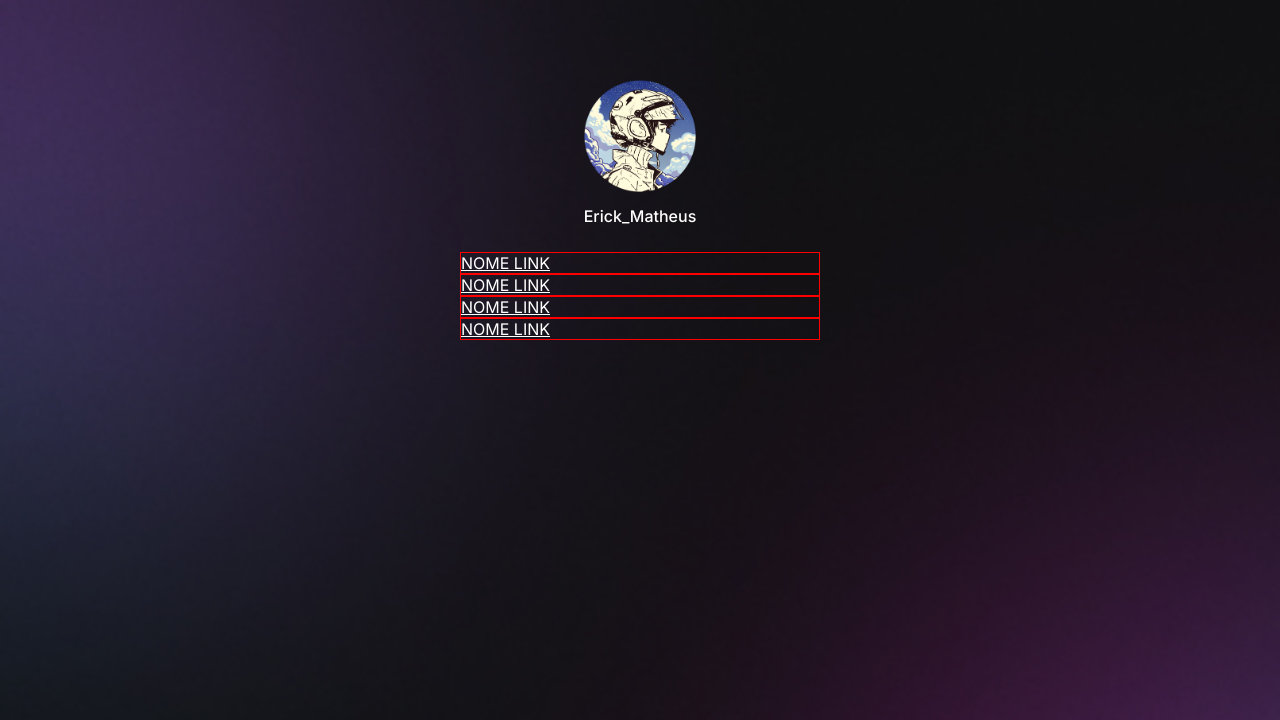
Repository: e-rickmatheus/project_dev_links
Page: index.html
An editor plug-in stored every save of this project. The page is shown before and after the next save, followed by the edit.
The browser window is 1280 px wide. The pictures show the whole page.

Above is the page before, as saved 2025-04-02 20:38:28.

### index.html
<!DOCTYPE html>
<html lang="pt-BR">
<head>

<link rel="preconnect" href="https://fonts.googleapis.com">
<link rel="preconnect" href="https://fonts.gstatic.com" crossorigin>
<link href="https://fonts.googleapis.com/css2?family=Inter:wght@400;500&display=swap" rel="stylesheet">
  <meta charset="UTF-8">
  <meta name="viewport" content="width=device-width, initial-scale=1.0">
  <title>DEV.Links</title>
  <link rel="stylesheet" href="./style.css">
  <a></a>
</head>
<body>

  <div id="container">
    <div id="profile">
      <img id="avatar" src="./assets/avatar-pilot-day.png" alt="avatar-light">
      <p>Erick_Matheus</p>
    </div>
  <ul>
    <li>
      <a href="#" target="_blank">NOME LINK</a>
    </li>
    <li>
        <a href="#" target="_blank">NOME LINK</a>
    </li>
    <li>
        <a href="#" target="_blank">NOME LINK</a>
    </li>
    <li>
        <a href="#" target="_blank">NOME LINK</a>
    </li>
  </ul>
  </div>


</body>
</html>

### style.css
* {  /* *: todos os elementos */
  margin: 0;
  padding: 0;
  box-sizing: border-box; /* border-box: altura e largura do elemento é o mesmo que o tamanho definido */
}

body { /* body: corpo do documento */
  /*
  background-image: url(./assets/bg-mobile.jpg);
  background-repeat: no-repeat;
  background-position: top center;
  background-size: cover;
  */


  background: url(./assets/bg-mobile.jpg) no-repeat top center/cover;
  /* background: cor imagem repetição posição/tamanho */
}

body * { /* todos os elementos dentro do body */
  font-family: 'Inter', sans-serif;
  color: #ffffff

}

#container {
  width:  360px;
  margin: 56px auto 0px;
}

#profile {
  text-align: center;
  padding: 24px;
}

#profile img {
  width: 112px;
}

#profile p {
  font-weight: 500;
  line-height: 24px;
  margin-top: 8px;
}





/*links*/
ul {
  list-style: none;
}

li {
  border: 1px solid red;
}

After the next save:
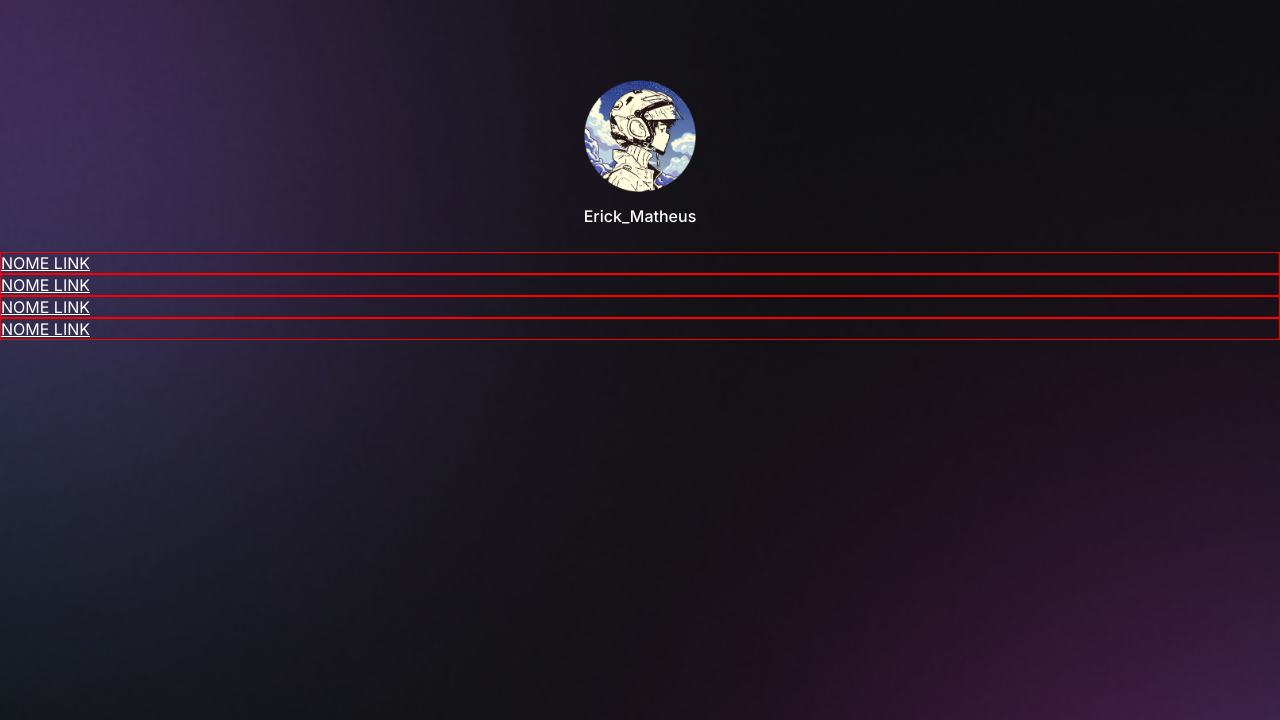
Saved 45 s later.
--- a/style.css
+++ b/style.css
@@ -24,7 +24,7 @@
 }
 
 #container {
-  width:  360px;
+  width:  auto;
   margin: 56px auto 0px;
 }
 

After the save that followed:
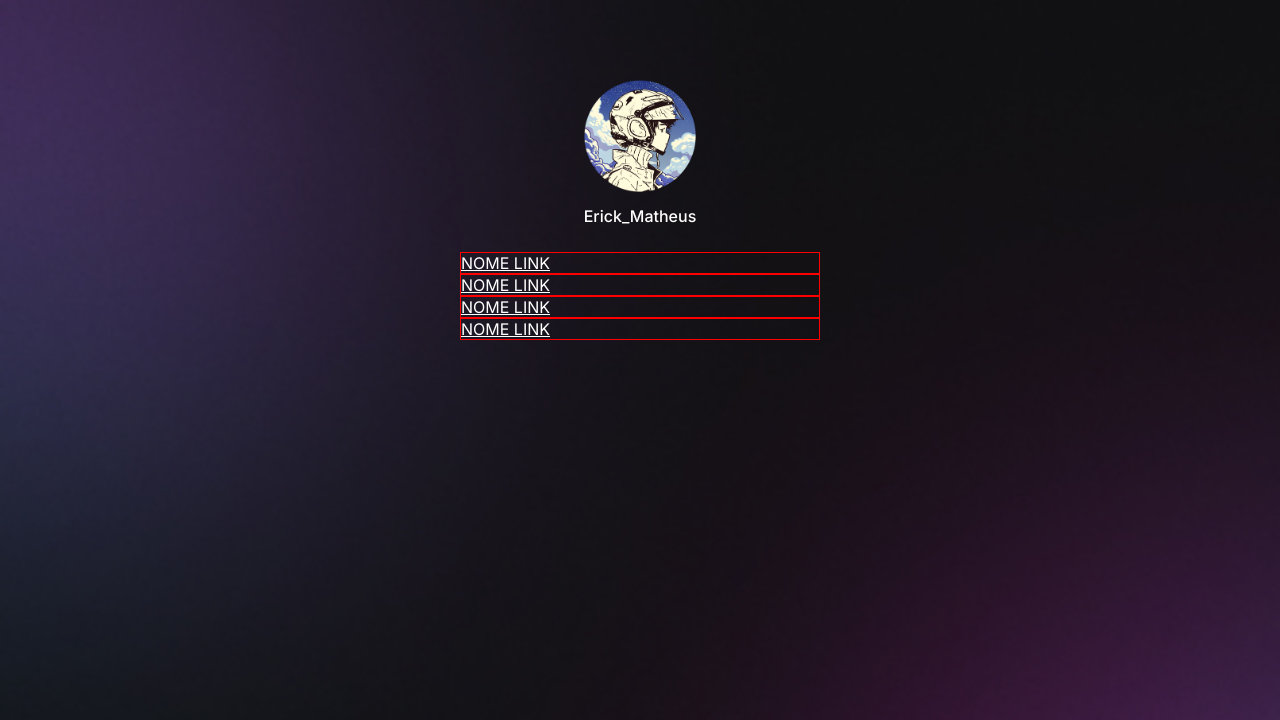
Saved 7 s later.
--- a/style.css
+++ b/style.css
@@ -24,7 +24,7 @@
 }
 
 #container {
-  width:  auto;
+  width:  360px;
   margin: 56px auto 0px;
 }
 
